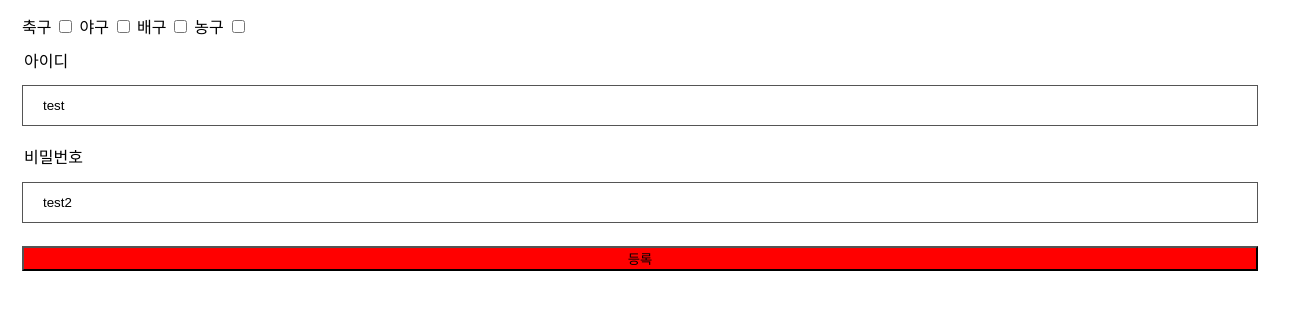
Repository: mireu930/Serverlet_App
Page: src/build/classes/webapp/template/sample_form.html
An editor plug-in stored every save of this project. The page is shown before and after the next save, followed by the edit.
The browser window is 1280 px wide. The page is 1280 px wide, then 1299 px, so the pictures cover 1299 px, including what lies to the right of the window. The pictures show the whole page.

Above is the page before, as saved 2025-02-07 16:28:00.

### src/build/classes/webapp/template/sample_form.html
<!DOCTYPE html>
<html lang="en">
<head>
  <meta charset="UTF-8">
  <meta name="viewport" content="width=device-width, initial-scale=1.0">
  <title>Document</title>
  <style>
    fieldset {
      border:0;
    }

    input[type=text] {
      width: 100%;
      padding:12px 20px;
      margin: 8px 0;
      box-sizing:border-box;
      border:1px solid #555;
    }

    input[type =text]:focus {
      background-color: lightblue;
    }

    input[type=submit]{
      margin: 0 auto;
      width: 100%;
      background-color: red;
    }
  </style>
</head>
<body>
  <form>

    <fieldset>

      <label for ="p1">축구</label>
      <input type = "checkbox" id = "p1">
      <label for ="p2">야구</label>
      <input type = "checkbox" id = "p2">
      <label for ="p3">배구</label>
      <input type = "checkbox" id = "p3">
      <label for ="p4">농구</label>
      <input type = "checkbox" id = "p4">
    </fieldset>

    <fieldset>
      <legend>아이디</legend>
        <input type = "text" name = "department_name" value = "test">
    </fieldset>
    <fieldset>
      <legend>비밀번호</legend>
      <input type = "text" name = "manager_id" value = "test2">
    </fieldset>
      <fieldset>
        <input type = "submit" value ="등록">
      </fieldset>


  </form>
</body>
</html>

After the next save:
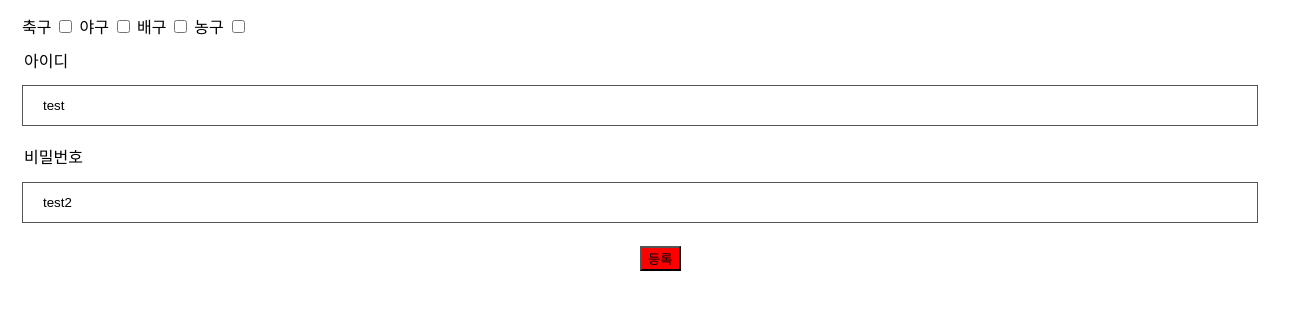
Saved 27 s later.
--- a/src/build/classes/webapp/template/sample_form.html
+++ b/src/build/classes/webapp/template/sample_form.html
@@ -22,8 +22,8 @@
     }
 
     input[type=submit]{
-      margin: 0 auto;
-      width: 100%;
+      margin: 0 50%;
+      /* width: 100%; */
       background-color: red;
     }
   </style>
